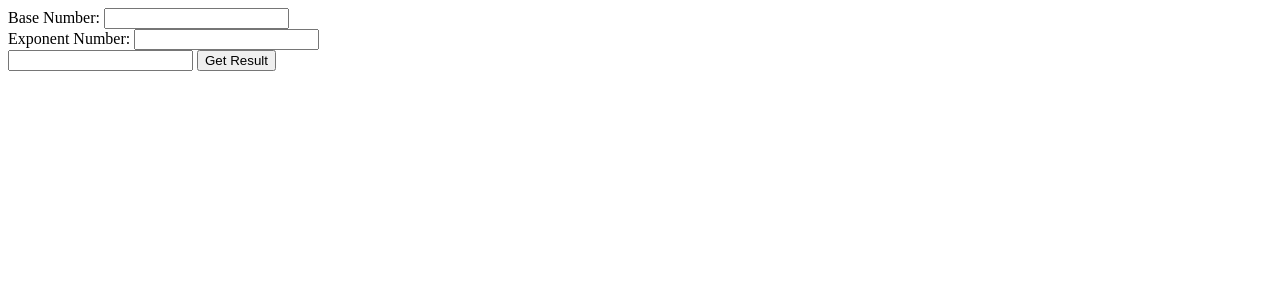
Repository: DeepaliKalagate/PowerCalculatorAPI
Page: PowerFunctionCalculator/src/main/resources/PowerFunction.html
The author's editor kept a copy of each file at every save. The page is drawn from the files as they stood at one save, then again after the next save.
The browser window is 1280 px wide. The pictures show the whole page.

Above is the page before, as saved 2020-02-09 05:56:29.

### PowerFunctionCalculator/src/main/resources/PowerFunction.html
<html>
<head>

<script src="https://ajax.googleapis.com/ajax/libs/jquery/3.3.1/jquery.min.js"></script>
</head>

<body>

Base Number:      <input type="text" id="baseNumber" name="base"><br>

Exponent Number:  <input type="text" id="exponentNumber" name="exponent"><br>
<input type="text" id="result" name="result">

<input type="submit" id="submit" value="Get Result">


<script>
$(document).ready(function(){
  $("#submit").click(function(){


    var result=document.getElementById("result").value
console.log(result)
 var baseNumber=document.getElementById("baseNumber").value
 var exponentNumber=document.getElementById("exponentNumber").value


url="http:localhost:8080/calculator/calculate"
data=JSON.stringify({
"firstNumber":baseNumber,
"secondNumber":exponentNumber})


$.ajax({
  url:url,
  type:"POST",
  data:data,
  contentType:"application/json; charset=utf-8",
  dataType:"json",
  success: function(data){


document.getElementById("result").value=data;
  }
})

  });
});

</script>





</body>
</html>

After the next save:
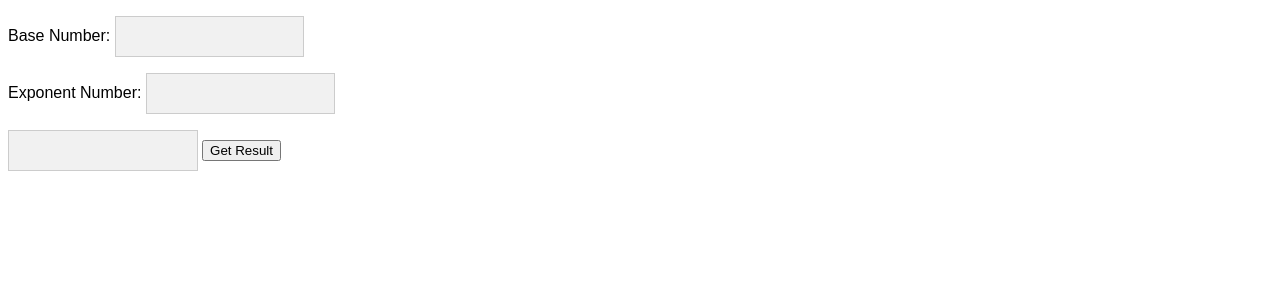
Saved 5 min 29 s later.
--- a/PowerFunctionCalculator/src/main/resources/PowerFunction.html
+++ b/PowerFunctionCalculator/src/main/resources/PowerFunction.html
@@ -3,6 +3,40 @@
 
 <script src="https://ajax.googleapis.com/ajax/libs/jquery/3.3.1/jquery.min.js"></script>
 </head>
+<style>
+body {font-family: Arial, Helvetica, sans-serif;}
+
+/* Full-width input fields */
+input[type=text], input[type=text],input[type=text]
+{
+  width: 15%;
+  padding: 12px 20px;
+  margin: 8px 0;
+  display: inline-block;
+  border: 1px solid #ccc;
+  box-sizing: border-box;
+  background: #f1f1f1;
+
+}
+
+/* Set a style for button */
+button {
+  background-color: #4CAF50;
+  color: white;
+  padding: 14px 20px;
+  margin: 8px 0;
+  border: none;
+  cursor: pointer;
+  width: 15%;
+}
+
+button:hover {
+  opacity: 0.8;
+}
+<title> Calculator</title>
+</style>
+
+    <title>Calculator</title>
 
 <body>
 
